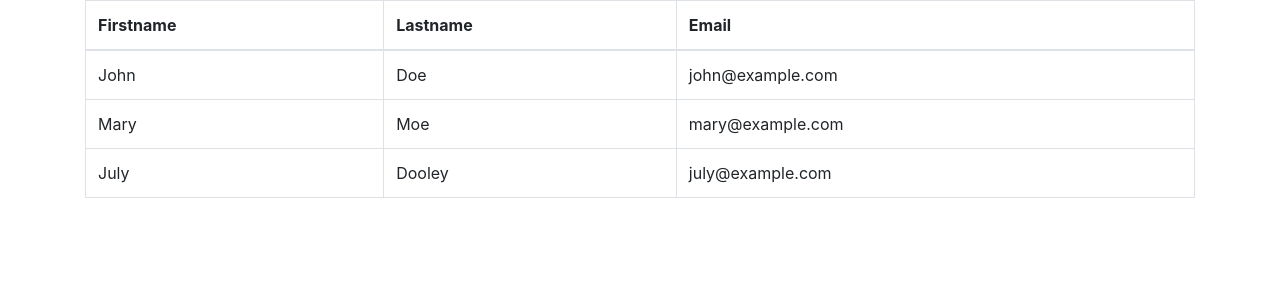
Repository: ArmanAli-cmd/EmployeeProjectDepartmentApplication
Page: http://localhost/EmployeeProjectDepartmentMVCApplication/views/employees.jsp
The author's editor kept a copy of each file at every save. The page is drawn from the files as they stood at one save, then again after the next save.
The browser window is 1280 px wide. The pictures show the whole page.
The page is served by Tomcat 9. Other server files are loaded and not shown.

Above is the page before, as saved 2024-01-17 16:57:01.

### EmployeeProjectDepartmentMVCApplication/src/main/webapp/views/employees.jsp
<%@ page language="java" contentType="text/html; charset=ISO-8859-1"
	pageEncoding="ISO-8859-1"%>
<!DOCTYPE html>
<html>
<head>
<meta charset="ISO-8859-1">
<meta name="viewport" content="width=device-width, initial-scale=1">
<link rel="stylesheet"
	href="https://cdn.jsdelivr.net/npm/bootstrap@4.6.2/dist/css/bootstrap.min.css">
<script
	src="https://cdn.jsdelivr.net/npm/jquery@3.7.1/dist/jquery.slim.min.js"></script>
<script
	src="https://cdn.jsdelivr.net/npm/popper.js@1.16.1/dist/umd/popper.min.js"></script>
<script
	src="https://cdn.jsdelivr.net/npm/bootstrap@4.6.2/dist/js/bootstrap.bundle.min.js"></script>
<title>List of the employees</title>
</head>
<body>

	<div class="container">

		<table class="table table-bordered">
			<thead>
				<tr>
					<th>Firstname</th>
					<th>Lastname</th>
					<th>Email</th>
				</tr>
			</thead>
			<tbody>
				<tr>
					<td>John</td>
					<td>Doe</td>
					<td>john@example.com</td>
				</tr>
				<tr>
					<td>Mary</td>
					<td>Moe</td>
					<td>mary@example.com</td>
				</tr>
				<tr>
					<td>July</td>
					<td>Dooley</td>
					<td>july@example.com</td>
				</tr>
			</tbody>
		</table>
	</div>

</body>
</html>

After the next save:
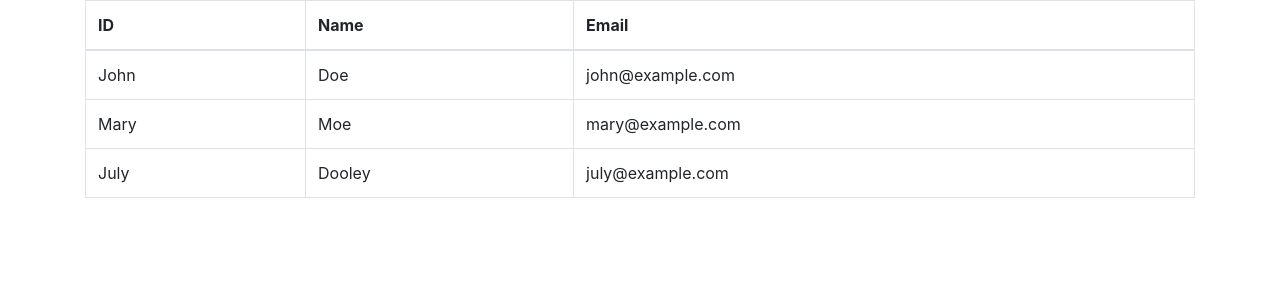
Saved 42 s later.
--- a/EmployeeProjectDepartmentMVCApplication/src/main/webapp/views/employees.jsp
+++ b/EmployeeProjectDepartmentMVCApplication/src/main/webapp/views/employees.jsp
@@ -22,8 +22,8 @@
 		<table class="table table-bordered">
 			<thead>
 				<tr>
-					<th>Firstname</th>
-					<th>Lastname</th>
+					<th>ID</th>
+					<th>Name</th>
 					<th>Email</th>
 				</tr>
 			</thead>
